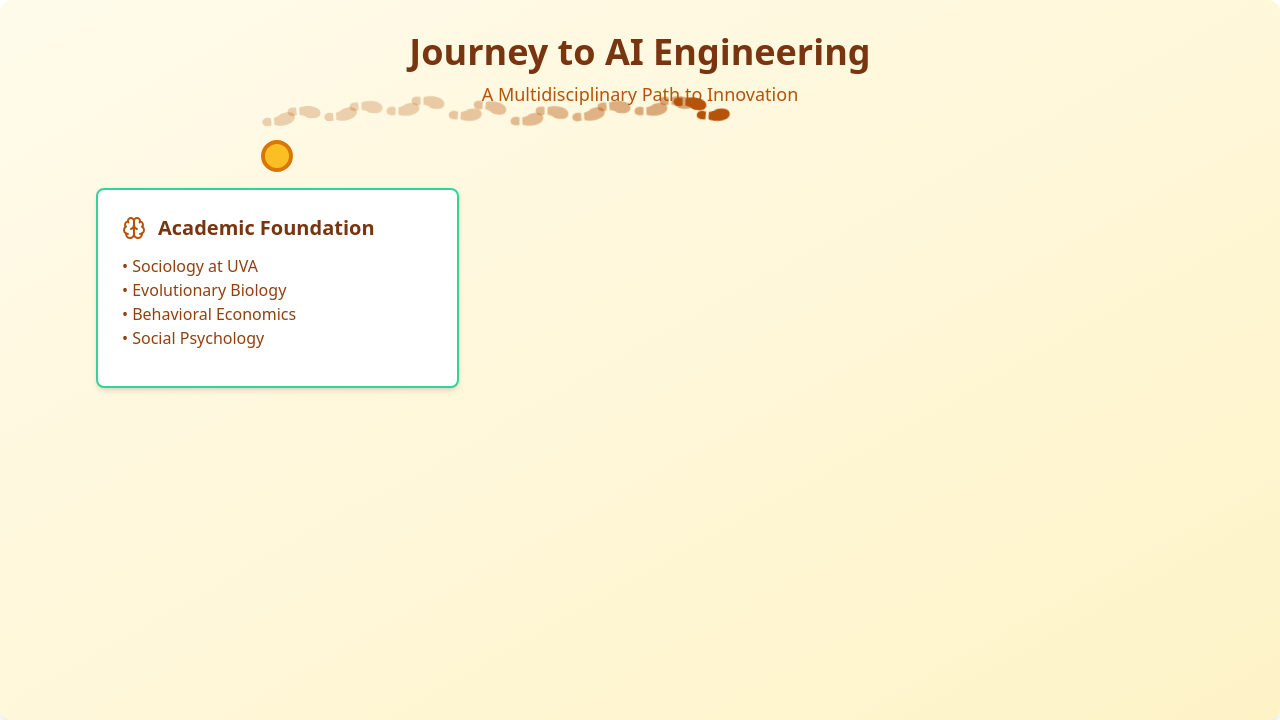
Repository: Galbaz1/dell_presentation
Page: /
An editor plug-in stored every save of this project. The page is shown before and after the next save, followed by the edit.
The browser window is 1280 px wide. The pictures show the whole page.
The project was rebuilt for these pictures with package versions that can differ from the ones it lists, and the page was loaded fresh each time. The framework's server and built-in components were replaced by stand-ins that run in the browser.

Above is the page before, as saved 2024-11-11 15:10:05.

After the next save:
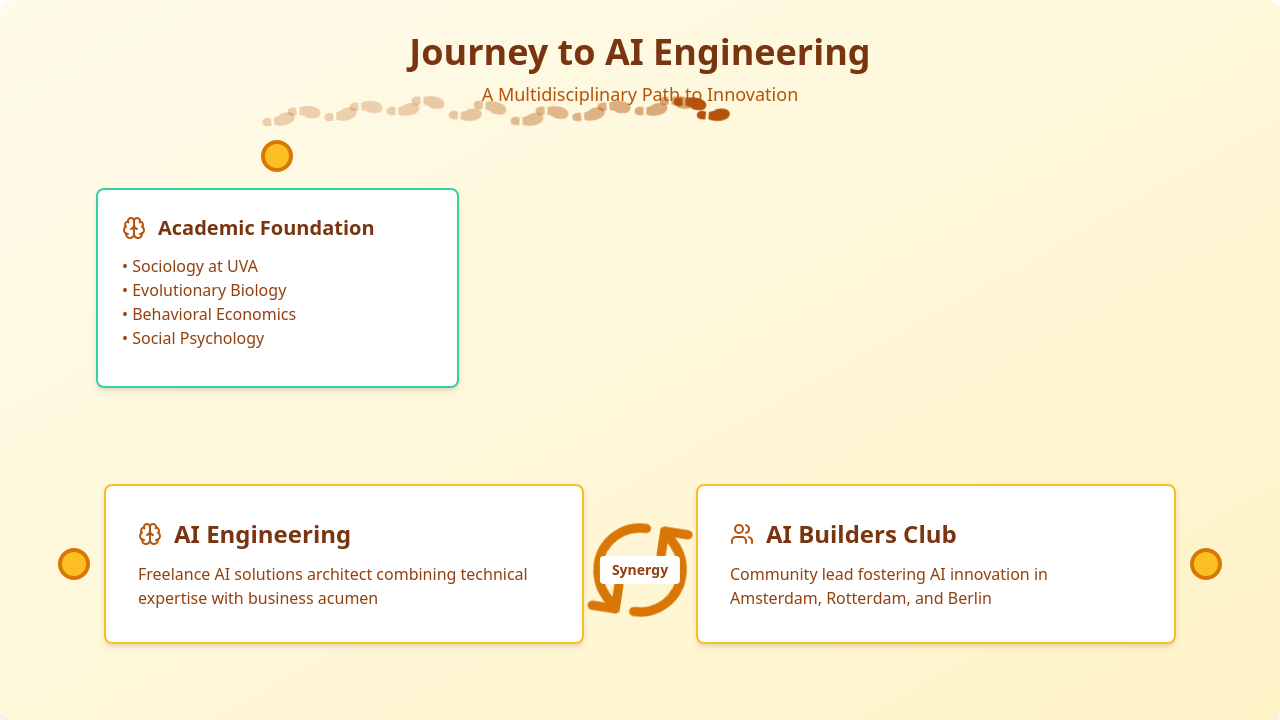
Saved 25 s later.
--- a/styles/speaker_intro.css
+++ b/styles/speaker_intro.css
@@ -84,7 +84,7 @@
 .footsteps-animation-2 {
   animation-delay: 3.5s;
 }
-
+#bottom blocks
 .synergy-animation {
   opacity: 0;
   animation: synergy-appear 2s cubic-bezier(0.34, 1.56, 0.64, 1) forwards;

After the save that followed:
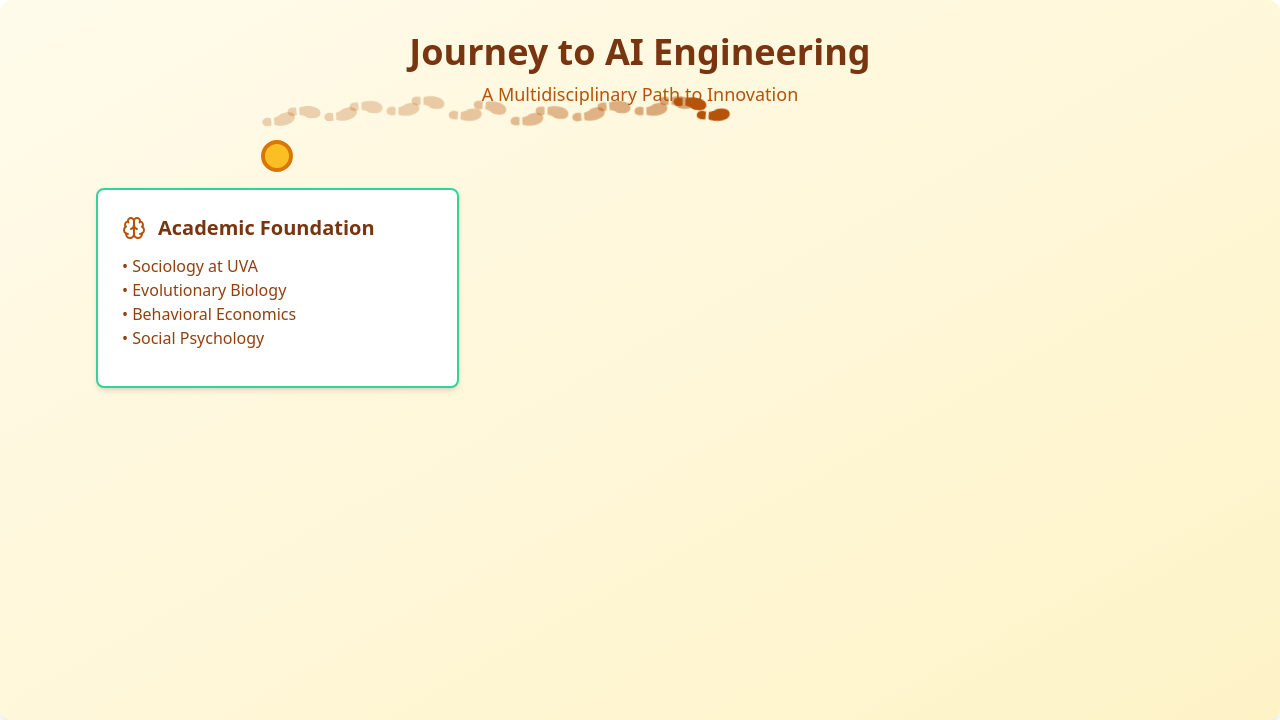
Saved 18 s later.
--- a/styles/speaker_intro.css
+++ b/styles/speaker_intro.css
@@ -84,7 +84,6 @@
 .footsteps-animation-2 {
   animation-delay: 3.5s;
 }
-#bottom blocks
 .synergy-animation {
   opacity: 0;
   animation: synergy-appear 2s cubic-bezier(0.34, 1.56, 0.64, 1) forwards;
